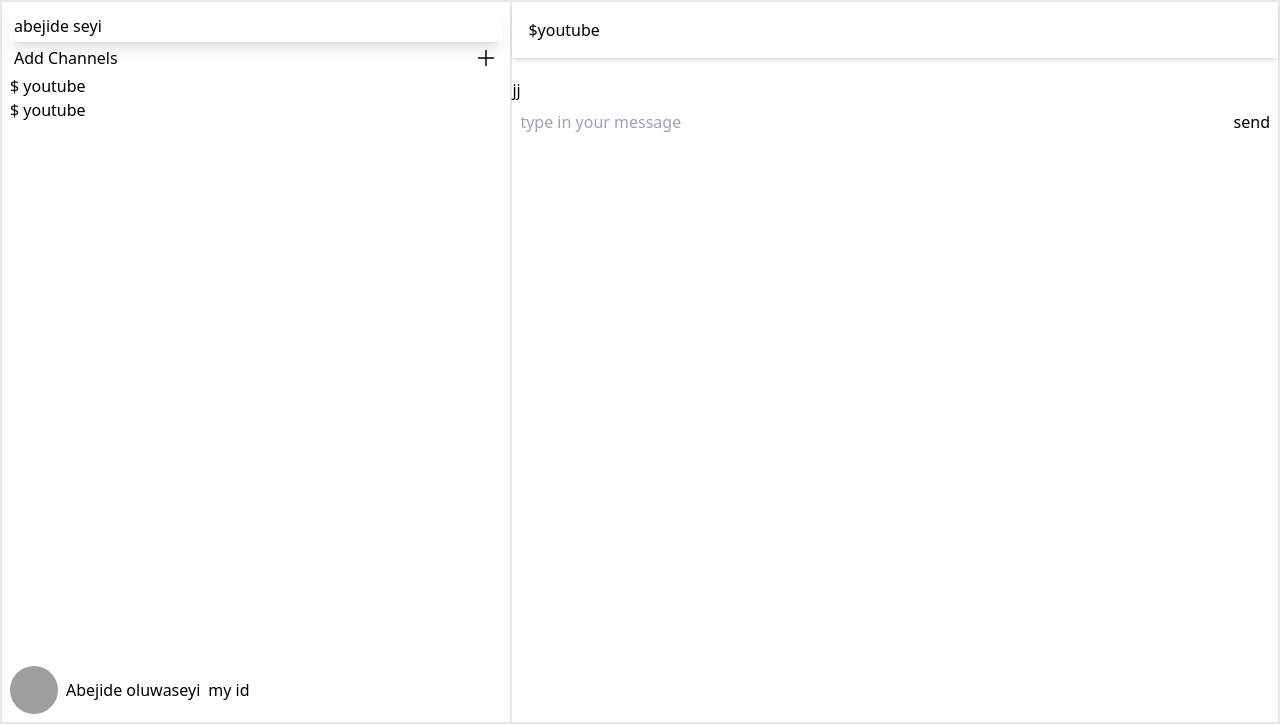
Repository: Semanmernstack/chat-mini
Page: /
An editor plug-in stored every save of this project. The page is shown before and after the next save, followed by the edit.
The browser window is 1280 px wide. The pictures show the whole page.
Pictures or frames that could not be fetched are drawn as grey boxes. The project was rebuilt for these pictures with package versions that can differ from the ones it lists, and the page was loaded fresh each time. Also part of the build but not shown: src/features/counter/Counter.module.css, src/features/counter/Counter.js.

Above is the page before, as saved 2022-11-14 07:50:16.

After the next save:
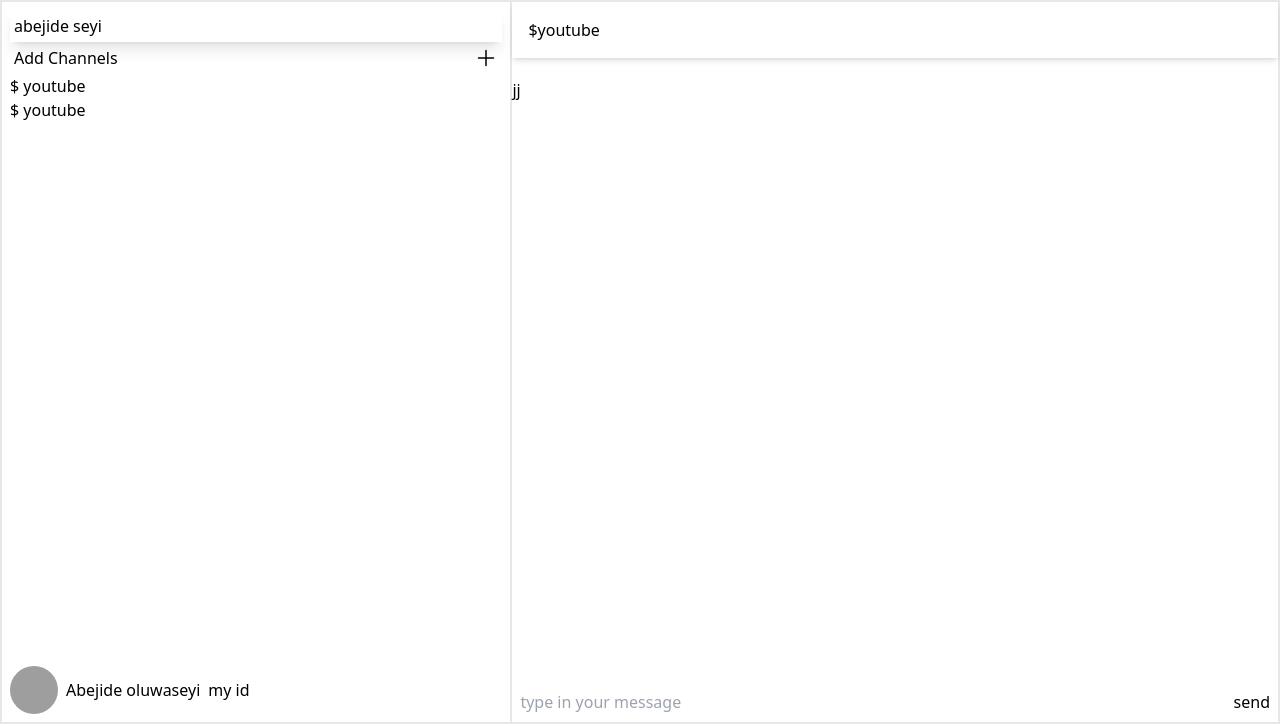
Saved 31 s later.
--- a/src/Body.js
+++ b/src/Body.js
@@ -4,10 +4,10 @@ import BodyHeader from './BodyHeader'
 function Body() {
   return (
     <div className="flex flex-col h-screen ">
-        <div>
+        <div className="flex-1">
         <BodyHeader/>
         <div className=" flex">
-            <h1 className="flex-1">jj</h1>
+            <h1 className="">jj</h1>
         </div>
         </div>
         <div>
